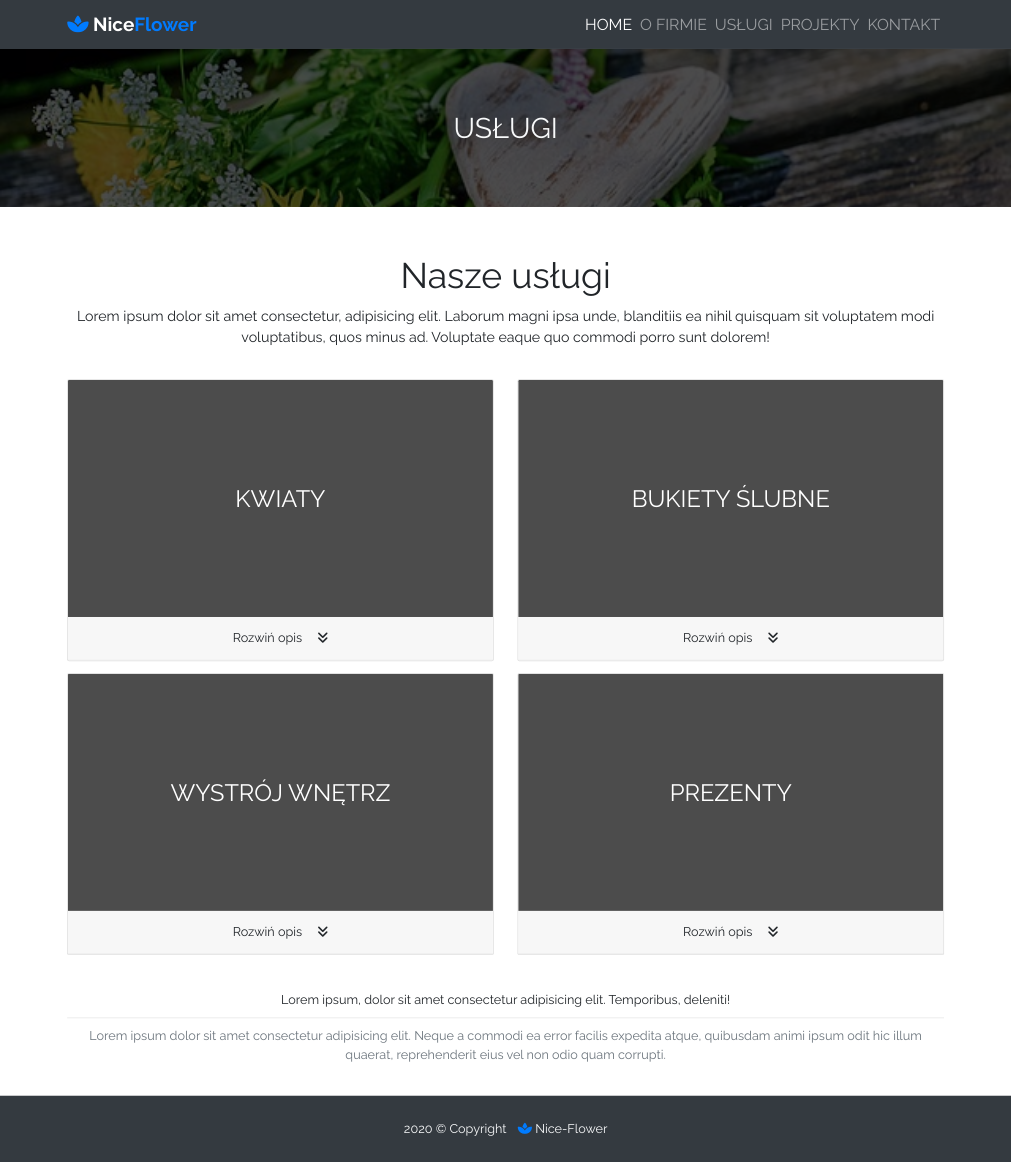
Repository: KrzysKolo/Projekt-13_Kwiaciarnia
Page: services.html
An editor plug-in stored every save of this project. The page is shown before and after the next save, followed by the edit.
The browser window is 1280 px wide. The pictures show the whole page, at 79% of full size.
Some web libraries are served in a nearby version.

Above is the page before, as saved 2020-08-11 11:08:45.

After the next save:
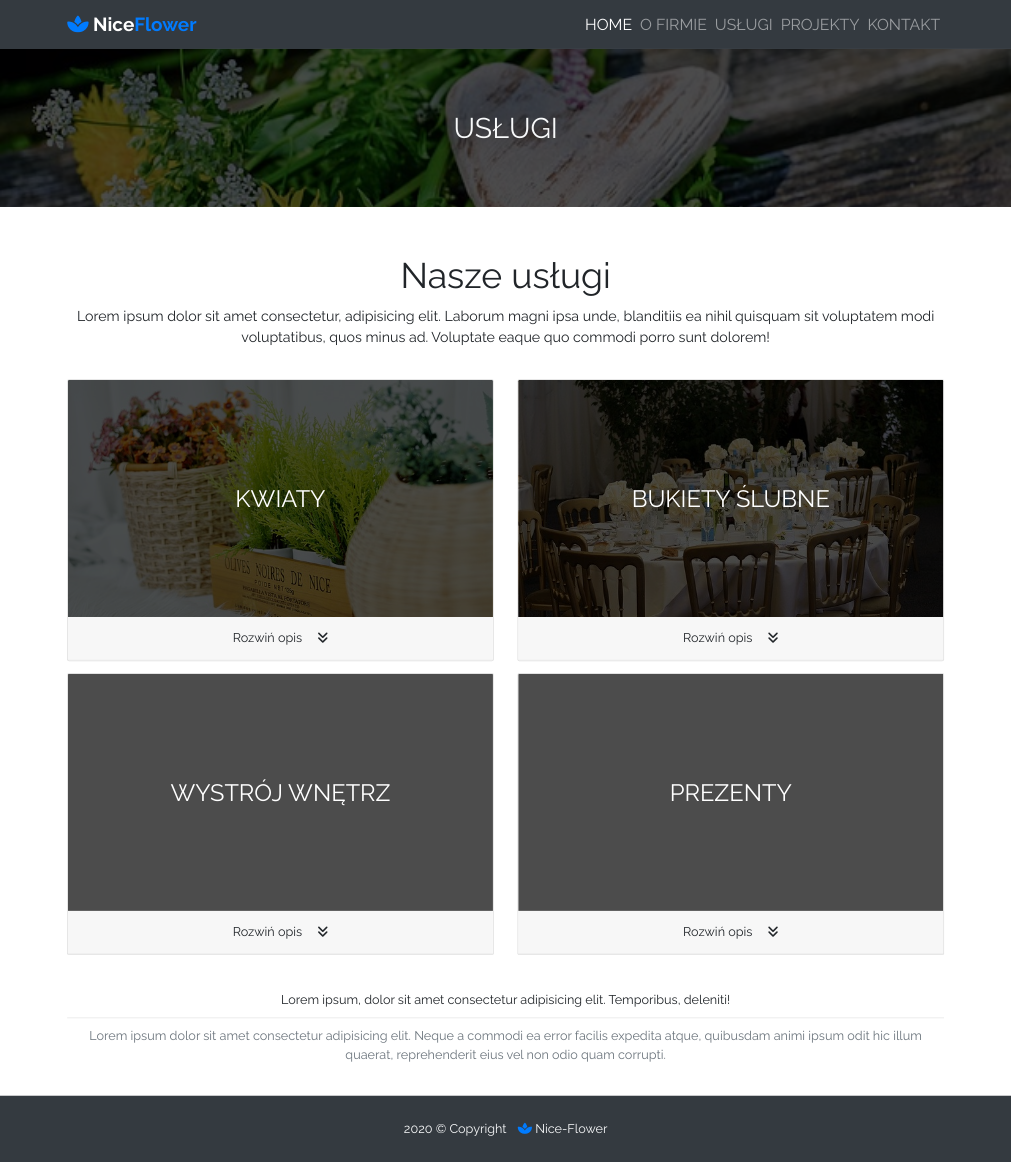
Saved 4 min 6 s later.
--- a/style.css
+++ b/style.css
@@ -164,6 +164,18 @@ header {
   font-size: 3rem;
   text-transform: uppercase;
 }
+.service-pricing .box-one {
+  background-image: url("./img/rdm.jpg");
+}
+.service-pricing .box-two {
+  background-image: url("./img/wm.jpg");
+}
+.service-pricing .box-one {
+  background-image: url("./img/rdm.jpg");
+}
+.service-pricing .box-one {
+  background-image: url("./img/rdm.jpg");
+}
 /* ----------- */
 /*    footer   */
 /* ----------- */
